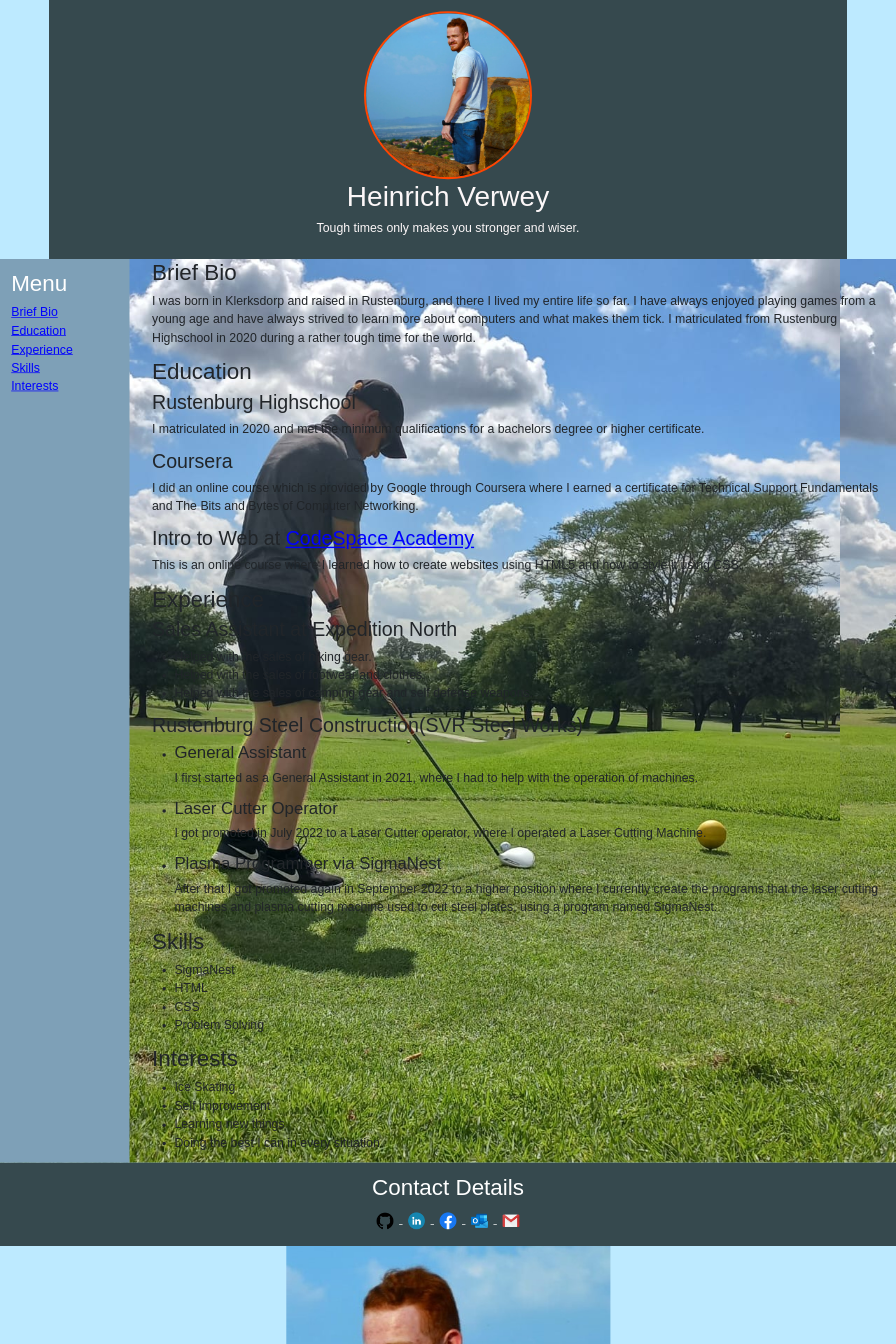
Repository: W3asl3y/IntroToWebDesign
Page: index.html
The author's editor kept a copy of each file at every save. The page is drawn from the files as they stood at one save, then again after the next save.
The browser window is 1280 px wide. The pictures show the part of the page from y = 0 to 1920 px (the page is 2263 px tall before and 3312 px after), at 70% of full size.

Above is the page before, as saved 2022-12-07 21:14:58.

### index.html
<!DOCTYPE html>
<html lang="en">
    <head>
        <meta charset="UTF-8">
        <meta http-equiv="X-UA-Compatible" content="IE=edge">
        <meta name="viewport" content="width=device-width, initial-scale=1.0">

        <title>
            My Resume
        </title>

        <link rel="stylesheet" href="https://cdn.jsdelivr.net/npm/bootstrap@5.2.3/dist/css/bootstrap.min.css" integrity="sha384-rbsA2VBKQhggwzxH7pPCaAqO46MgnOM80zW1RWuH61DGLwZJEdK2Kadq2F9CUG65" crossorigin="anonymous">

        <link rel="stylesheet" type="text/css" href="css/stylesheet.css">

        <script src="https://cdn.jsdelivr.net/npm/bootstrap@5.2.3/dist/js/bootstrap.bundle.min.js" integrity="sha384-kenU1KFdBIe4zVF0s0G1M5b4hcpxyD9F7jL+jjXkk+Q2h455rYXK/7HAuoJl+0I4" crossorigin="anonymous"></script>

    </head>
    <body>


        <div class="container text-center" style="padding: 0">
            <div class="row">
                <div class="col-xs-12" >
                    <header id="heading">
                        <img id="profile_picture" src="images/Heinrich.jpg" alt="My profile picture" >
                        <h1>
                            Heinrich Verwey
                        </h1>
                        <p>
                            Tough times only makes you stronger and wiser.
                        </p>
                    </header>
                </div>
            </div>
        </div>

        <div class="backgroundImage">
        <main>

                <aside id="sidebar">
                    <nav>
                        <h2 id="menu">
                            Menu
                        </h2>
                        <ul class="nav-menu">
                            <li>
                                <a href="#brief_bio"> Brief Bio </a>
                            </li>
                            <li>
                                <a href="#education"> Education </a>
                            </li>
                            <li>
                                <a href="#experience"> Experience </a>
                            </li>
                            <li>
                                <a href="#skills"> Skills </a>
                            </li>
                            <li>
                                <a href="#interests"> Interests </a>
                            </li>
                        </ul>
                    </nav>
                </aside>


            <div class="container-contents">
                <div id="contents">
                    <h2 id=brief_bio>
                        Brief Bio
                    </h2>
                    <p>
                        I was born in Klerksdorp and raised in Rustenburg, and there I lived my entire life so far. I have always enjoyed playing games from a young age and have always strived to learn more about computers and what makes them tick. I matriculated from Rustenburg Highschool in 2020 during a rather tough time for the world.
                    </p>
                    <h2 id=education>
                        Education
                    </h2>
                    <h3>
                        Rustenburg Highschool
                    </h3>
                    <p>
                        I matriculated in 2020 and met the minimum qualifications for a bachelors degree or higher certificate.
                    </p>
                    <h3>
                        Coursera
                    </h3>
                    <p>
                        I did an online course which is provided by Google through Coursera where I earned a certificate for Technical Support Fundamentals and The Bits and Bytes of Computer Networking.
                    </p>
                    <h3>
                        Intro to Web at <a href="https://www.codespace.co.za/courses/frontend-web-development/">CodeSpace Academy</a>
                    </h3>
                    <p>
                        This is an online course where I learned how to create websites using HTML5 and how to style it using CSS.
                    </p>
                    </h3>
                    <h2 id="experience">
                        Experience
                    </h2>
                    <h3>
                        Sales Assistant at Expedition North
                    </h3>
                    <ul>
                        <li>
                            Helped with the sales of hiking gear.
                        </li>
                        <li>
                            Helped with the sales of footwear and clothes.
                        </li>
                        <li>
                            Helped with the sales of camping gear and self defense weapons.
                        </li>
                    </ul>
                    <h3>
                        Rustenburg Steel Construction(SVR Steel Works)
                    </h3>
                    <ul>
                        <li>
                            <h4>
                                General Assistant
                            </h4>
                                <p>
                                    I first started as a General Assistant in 2021, where I had to help with the operation of machines.
                                </p>
                        </li>
                        <li>
                            <h4>
                                Laser Cutter Operator
                            </h4>
                                <p>
                                    I got promoted in July 2022 to a Laser Cutter operator, where I operated a Laser Cutting Machine.
                                </p>
                        </li>
                        <li>
                            <h4>
                                Plasma Programmer via SigmaNest
                            </h4>
                                <p>
                                    After that I got promoted again in September 2022 to a higher position where I currently create the programs that the laser cutting machines and plasma cutting machine used to cut steel plates, using a program named SigmaNest.
                                </p>
                        </li>
                    </ul>
                    <h2 id="skills">
                        Skills
                    </h2>
                    <ul>
                        <li>
                            SigmaNest
                        </li>
                        <li>
                            HTML
                        </li>
                        <li>
                            CSS
                        </li>
                        <li>
                            Problem Solving
                        </li>
                    </ul>
                    <h2 id="interests">
                        Interests
                    </h2>
                    <ul>
                        <li>
                            Ice Skating
                        </li>
                        <li>
                            Self improvement
                        </li>
                        <li>
                            Learning new things
                        </li>
                        <li>
                            Doing the best I can in every situation
                        </li>
                    </ul>
                </div>
            </div>

        </main>

        </div>
        <div class="container-footer">
            <footer class="footer">
                <h2>
                    Contact Details
                </h2>
                    <a href="https://github.com/W3asl3y" target="_blank">
                        <img class="my_contacts" src="Images\Github-22.png" alt="My Github">
                    </a>
                    <a href="https://www.linkedin.com/in/heinrich-verwey-1627a7205/" target="_blank">
                        <img class="my_contacts" src="Images\LinkedIn.webp" alt="My LinkedIn">
                    </a>
                    <a  href="https://www.facebook.com/heinrich.verwey.79/" target="_blank">
                        <img class="my_contacts" src="Images\Facebook.webp" alt=" My Facebook">
                    </a>
                    <a href="mailto:verwey41@outlook.com" target="_blank">
                        <img class="my_contacts" src="Images\Microsoft-Outlook-01.png" alt="My Outlook Email">
                    </a>
                    <a href="https://mail.google.com/mail/u/0/#inbox?compose=DmwnWrRpddMlNTSjFqkttlfhgGgSTqTdZwvhCZbHGPMFCZvZVTDvqlDvZQjtBGtGFFxcnhXPNVnl" target="_blank">
                        <img class="my_contacts" src="Images\Gmail.webp" alt="My Gmail Email">
                    </a>

            </footer>
        </div>

        <div class="pictureOfMe">
            <picture>
                <source media="(max-width: 650px)" srcset="Images\Heinrich-H.jpg">
                <source media="(max-width: 1400px)" srcset="Images\Heinrich-HS.jpg">
                <img src="Images\Heinrich.jpg" alt="It is a picture of me">
            </picture>
        </div>

    </body>
</html

### CSS/stylesheet.css
* { box-sizing: border-box }

body{
     font-family:sans-serif;
     font-size:110%;
     background-color:  #bdeaff ;
     display: flex;
     flex-direction: column;
}

.backgroundImage {
     background-image: url("/images/me-playing-golf.jpg");
     background-size: auto;

}

main {
     display: flex;
     flex-direction: row;
     overflow: unset;
}

header {
     text-align: center;
    -webkit-text-fill-color: #FCF7F8;
     background-color: #36494e;
     padding: 1rem;
}

.text-center {
     width: 100%;
}

#profile_picture {
     width: 15rem;
     border-radius: 50%;
     border: 3px solid orangered;
}

#sidebar {
    background-color: #7ea0b7;
    width: 10%  ;
    padding: 1rem;
    position: sticky;
}



#menu {
     -webkit-text-fill-color:white ;
}

.nav-menu {
     list-style: none;
     padding: 0%;
}

#contents {
     padding-left: 2rem;
     background-color: transparent;
     background-image: none;
}



a:link {
     color: blue;
}

a:visited {
     color: blue;
}

.my_contacts {
     width: 40px;
     padding: 0.5rem;
}



footer {
     background-color: #36494e;
     text-align: center;
     -webkit-text-fill-color: white;
     padding: 1rem;
     justify-content: center;
}


.pictureOfMe {
     align-self: center;
}

@media  screen and (max-width:600px){
     #sidebar {
          width: 30vw;
     }
     #contents {
          width: auto;
     }
     .backgroundImage {
          width: auto;
     }
}

@media screen and (max-width:1000px) {
     #sidebar {
          width: 30vw;
     }
     #contents {
          width: auto;
     }
     .backgroundImage {
          width: auto;
     }

}

@media screen and (min-width:1000px) {
     #sidebar {
          width: 30vw;
     }
     #contents {
          width: auto;
     }
     .backgroundImage {
          width: auto;
     }

}

After the next save:
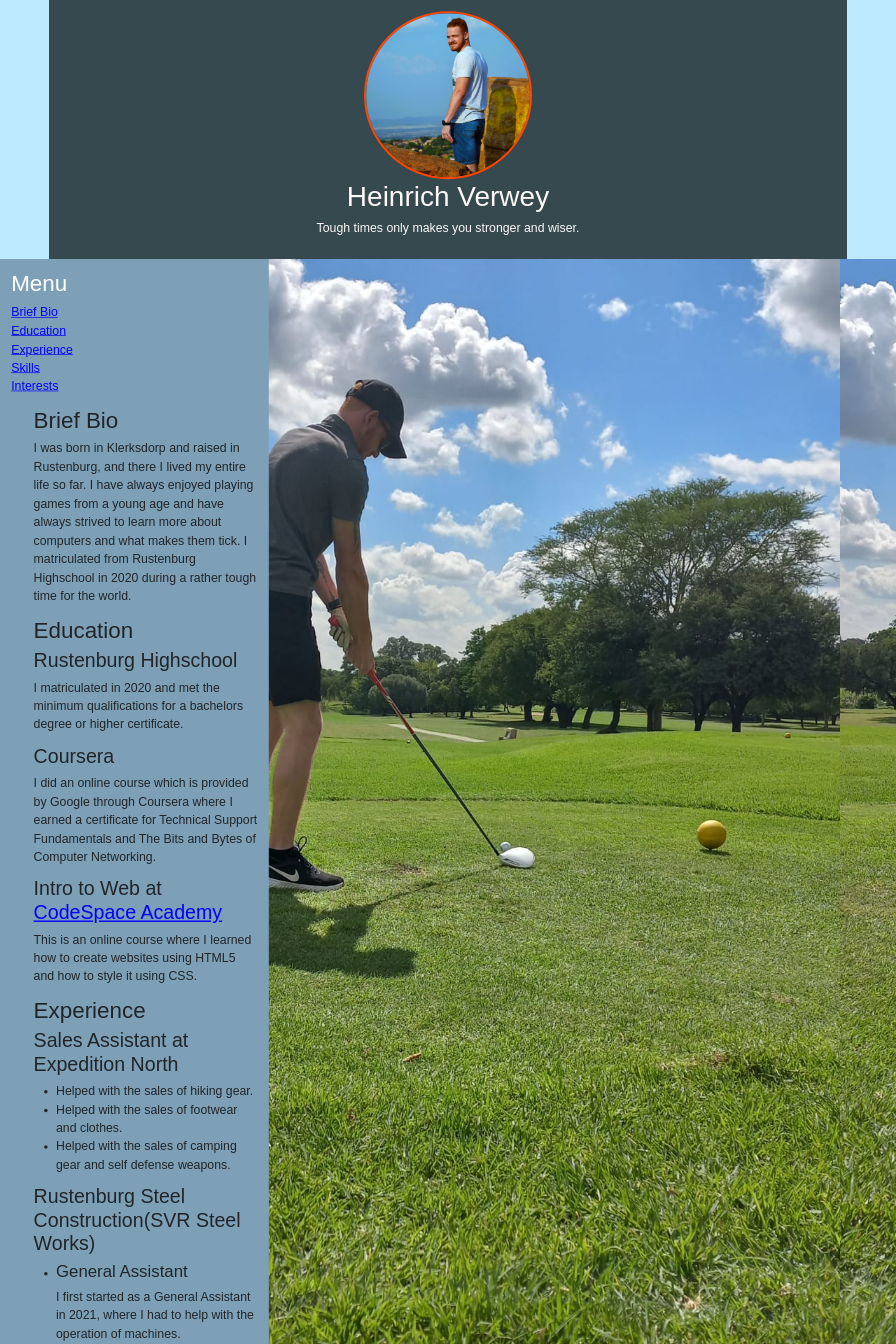
Saved 2 min 21 s later.
--- a/index.html
+++ b/index.html
@@ -37,7 +37,7 @@
 
         <div class="backgroundImage">
         <main>
-
+            <div class="contaier " style="height: 100%"
                 <aside id="sidebar">
                     <nav>
                         <h2 id="menu">

After the save that followed:
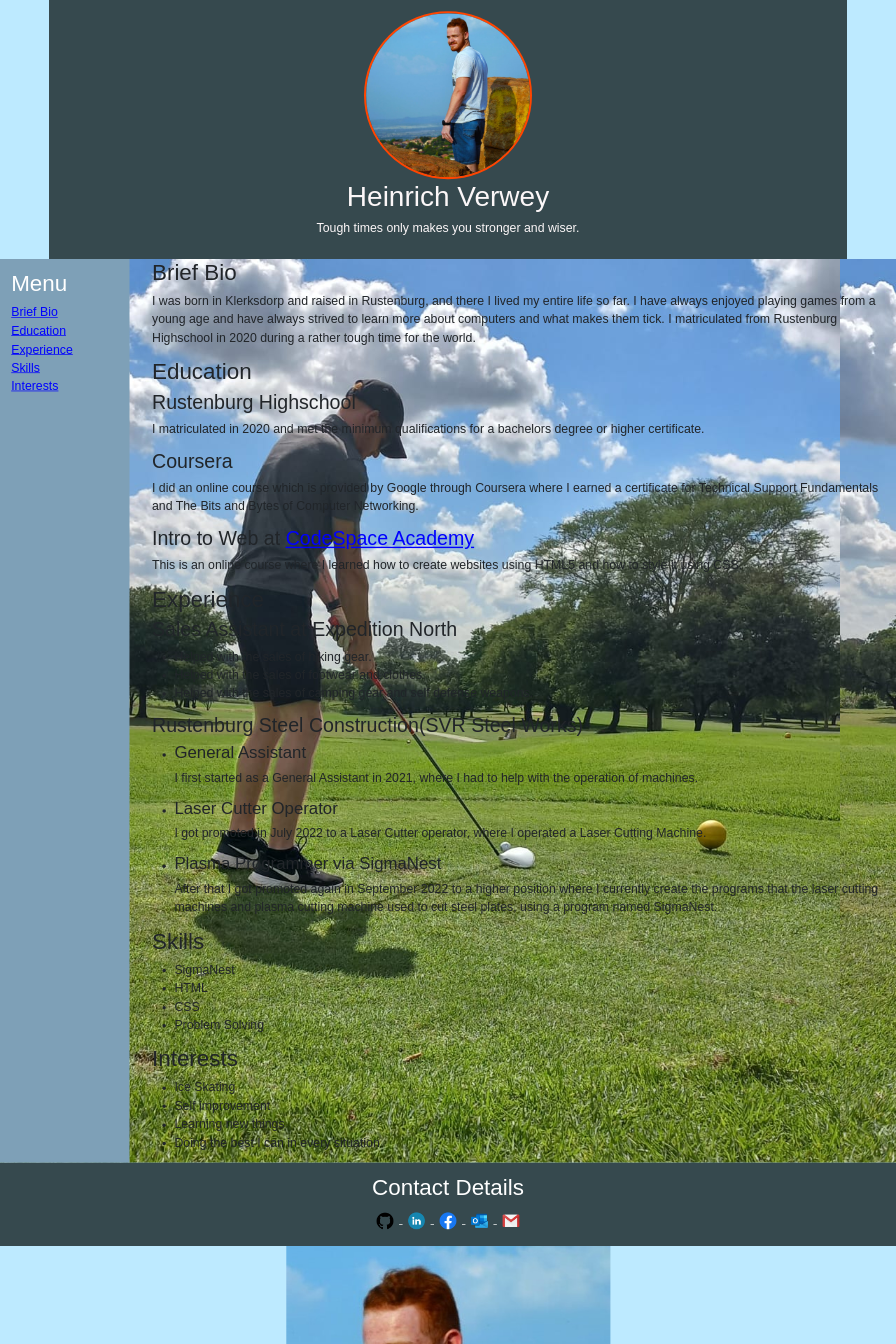
Saved 10 s later.
--- a/index.html
+++ b/index.html
@@ -37,7 +37,7 @@
 
         <div class="backgroundImage">
         <main>
-            <div class="contaier " style="height: 100%"
+            <div class="contaier " style="height: 100%"></div>
                 <aside id="sidebar">
                     <nav>
                         <h2 id="menu">
